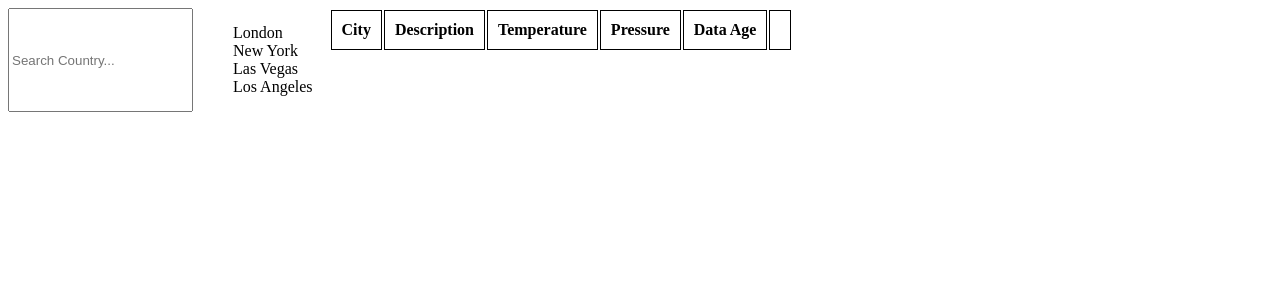
Repository: hey-shubham/WeatherAPI
Page: index.html
These files come from the project's save history. The page is drawn as it stood at one moment and after the next save; the edit follows.
The browser window is 1280 px wide. The pictures show the whole page.

Above is the page before, as saved 2022-03-02 21:50:17.

### index.html
<!DOCTYPE html>
<html>
  <head>
    <title>Weather API</title>
    <link rel="stylesheet" href="./style.css">
  </head>
  <body>
    <input type="text" placeholder="Search Country...">
    <ul>
      <li>London</li>
      <li>New York</li>
      <li>Las Vegas</li>
      <li>Los Angeles</li>
    </ul>
    <table>
      <thead>
        <tr>
        <th>City</th>
        <th>Description</th>
        <th>Temperature</th>
        <th>Pressure</th>
        <th>Data Age</th>
        <th></th>
      </tr>
      </thead>
      <tbody></tbody>
    </table>
    <script src="./data.js"></script>
  </body>
</html>

### style.css
body{
    display: flex;
}
table{
    margin-left: 1rem;
}
th,td{
    /* background-color:  red; */
    padding: 10px;
    border: 1px solid black;
}
li{
    list-style: none;
}

### data.js
let url = "https://python3-dot-parul-arena-2.appspot.com/test?cityname=";

const tbody = document.querySelector("tbody");
const table = document.querySelector("table");
const countries = document.querySelectorAll("li");
countries[0].addEventListener("click", () => {
  const newurl = url + "London";
  getData(newurl, "London");
});
countries[1].addEventListener("click", () => {
  const newurl = url + "New York";
  getData(newurl, "New York");
});
countries[2].addEventListener("click", () => {
  const newurl = url + "Las Vegas";
  getData(newurl, "Las Vegas");
});
countries[3].addEventListener("click", () => {
  const newurl = url + "Los Angeles";
  getData(newurl, "Los Angeles");
});

const getData = (newurl, country) => {
  fetch(newurl)
    .then((res) => res.json())
    .then((data) => {
      console.log(data);
      tbody.innerHTML += (
        `<tr>
          <td>${country}</td>
          <td>${data.description}</td>
          <td>${data.temp_in_celsius}</td>
          <td>${data.pressure_in_hPa}</td>
          <td>${data.humidity_in_percent}</td>
          <td onClick="delHandler(this)">Delete</td>
        </tr>`
      );
    });
};

const delHandler= (ref) => {
  let idx = ref.parentNode.rowIndex;
  table.deleteRow(idx);
}

After the next save:
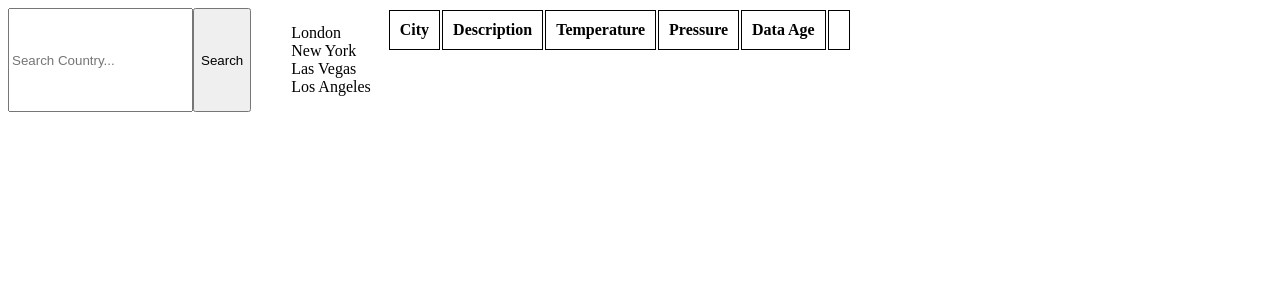
Saved 16 s later.
--- a/index.html
+++ b/index.html
@@ -5,7 +5,7 @@
     <link rel="stylesheet" href="./style.css">
   </head>
   <body>
-    <input type="text" placeholder="Search Country...">
+    <input type="text" placeholder="Search Country..."><button>Search</button>
     <ul>
       <li>London</li>
       <li>New York</li>
